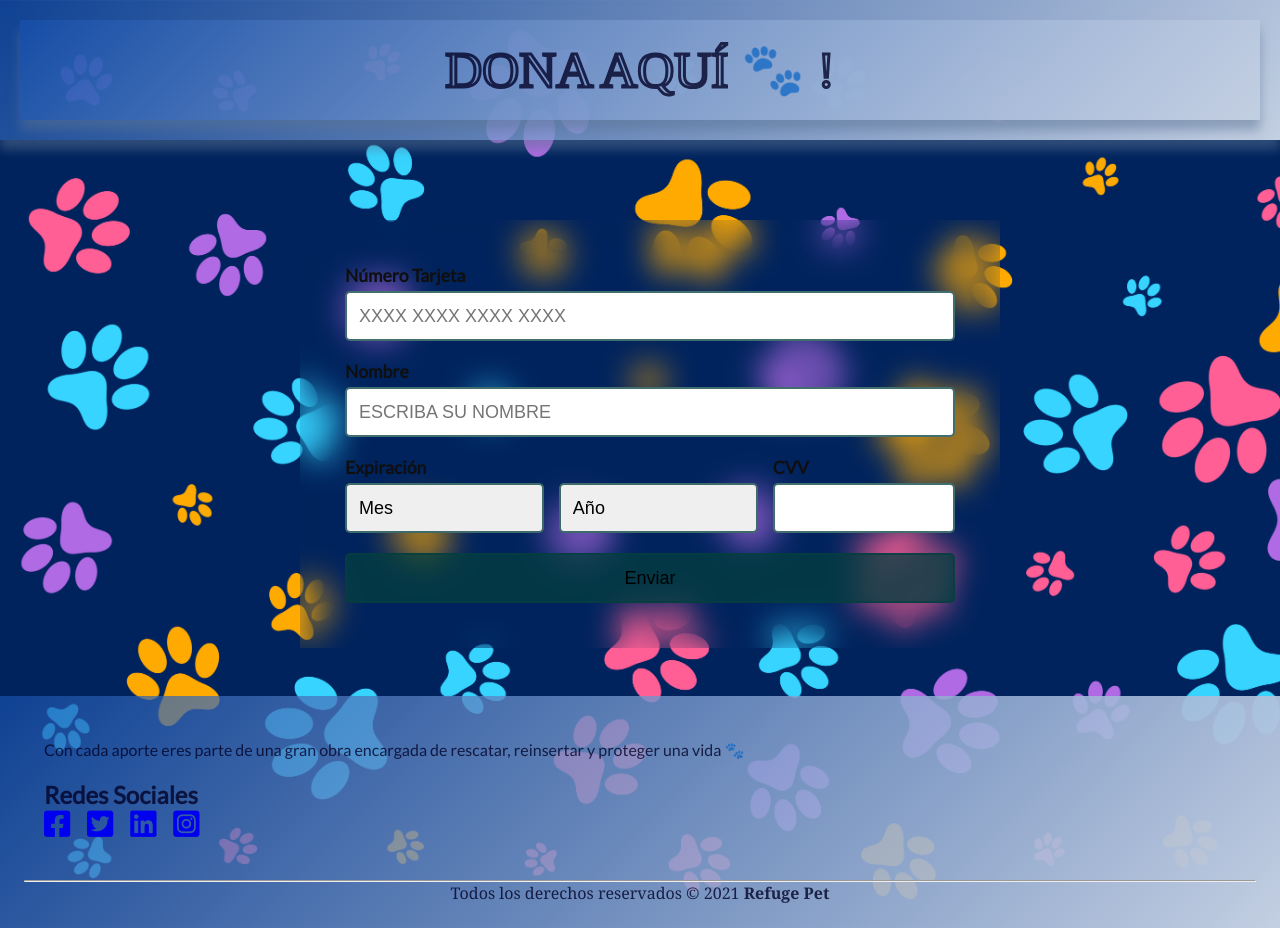
Repository: andreasvidal/SCL019-card-validation
Page: src/views/cardvalidation.html
The author's editor kept a copy of each file at every save. The page is drawn from the files as they stood at one save, then again after the next save.
The browser window is 1280 px wide. The pictures show the whole page.
Some web fonts or font styles are not loaded; a fallback is used. Some web libraries are served in a nearby version.

Above is the page before, as saved 2022-04-13 10:16:12.

### src/views/cardvalidation.html
<!DOCTYPE html>
<html lang="en">

<head>
    <meta charset="UTF-8" />
    <meta http-equiv="X-UA-Compatible" content="IE=edge" />
    <meta name="viewport" content="width=device-width, initial-scale=1.0" />
    <link rel="preconnect" href="https://fonts.googleapis.com" />
    <link rel="preconnect" href="https://fonts.gstatic.com" crossorigin />
    <link href="https://fonts.googleapis.com/css2?family=Lato:ital,wght@0,400;1,700&display=swap" rel="stylesheet" />
    <link rel="preconnect" href="https://fonts.googleapis.com" />
    <link rel="preconnect" href="https://fonts.gstatic.com" crossorigin />
    <link href="https://fonts.googleapis.com/css2?family=Hurricane&family=Lato:ital,wght@1,700&display=swap" rel="stylesheet" />
    <link rel="stylesheet" href="https://use.fontawesome.com/releases/v5.8.1/css/all.css" integrity="sha384-50oBUHEmvpQ+1lW4y57PTFmhCaXp0ML5d60M1M7uH2+nqUivzIebhndOJK28anvf" crossorigin="anonymous" />
    <link rel="stylesheet" href="../css/formstyle.css" />
    <link rel="stylesheet" href="../css/style.css" />
    <title>Formulario</title>
</head>

<!--contenido principal formulario-->

<body>
    <div class="subtitle">
        <p class="subtitle">DONA AQUÍ 🐾 !</p>
    </div>
    <form id="formValidation" class="form-validation">
        <div class="bg-blur">
            <div class="data-card" id="dataForm">
                <label for="inputNumber">Número Tarjeta</label>
                <input type="text" id="inputNumber" name="number" maxlength="16" autocomplete="off" pattern="[0-9]+" placeholder="XXXX XXXX XXXX XXXX" required />
                <h5 id="print"></h5>
            </div>
            <div class="data-card">
                <label for="inputNameUser">Nombre </label>
                <input type="text" id="inputNameUser" name="nameUser" placeholder="Escriba su nombre" required />
                <h5 id="print"></h5>
            </div>
            <!--datos expiración tarjeta-->
            <div class="flexbox">
                <div class="data-card expider-date">
                    <label for="monthSelect">Expiración</label>
                    <div class="flexbox">
                        <div class="data-card-select">
                            <select name="monthSelect" id="monthSelect" required>
                <option disabled selected>Mes</option>
                <option value="1">1</option>
                <option value="2">2</option>
                <option value="3">3</option>
                <option value="4">4</option>
                <option value="5">5</option>
                <option value="6">6</option>
                <option value="7">7</option>
                <option value="8">8</option>
                <option value="9">9</option>
                <option value="10">10</option>
                <option value="11">11</option>
                <option value="12">12</option>
              </select>
                        </div>
                        <div class="data-card-select">
                            <select name="yearSelect" id="yearSelect" required>
                <option disabled selected>Año</option>
                <option value="2">2014</option>
                <option value="5">2015</option>
                <option value="6">2016</option>
                <option value="7">2017</option>
                <option value="8">2018</option>
                <option value="9">2019</option>
                <option value="10">2020</option>
                <option value="11">2021</option>
                <option value="12">2022</option>
              </select>
                        </div>
                    </div>
                </div>
                <div class="data-card ccv">
                    <label for="inputCcv">CVV</label>
                    <input type="text" id="inputCcv" name="inputCcv" maxlength="3" required />
                </div>
            </div>
            <button type="submit" value="sendForm" class="btn-send" id="sendForm">
        Enviar
      </button>
        </div>
    </form>
    <footer>
        <div class="container__footer">
            <div class="box__footer">
                <div class="terms">
                    <p>
                        Con cada aporte eres parte de una gran obra encargada de rescatar, reinsertar y proteger una vida 🐾
                    </p>
                </div>
            </div>
            <div class="box__footer">
                <h2>Redes Sociales</h2>
                <a href="#"> <i class="fab fa-facebook-square"></i></a>
                <a href="#"><i class="fab fa-twitter-square"></i></a>
                <a href="#"><i class="fab fa-linkedin"></i></a>
                <a href="#"><i class="fab fa-instagram-square"></i></a>
            </div>
        </div>
        <div class="box__copyright">
            <hr />
            <p>Todos los derechos reservados © 2021 <b>Refuge Pet</b></p>
        </div>
    </footer>
    <!-- jQuery-->
    <script src="https://ajax.googleapis.com/ajax/libs/jquery/3.6.0/jquery.min.js"></script>
    <!--materialize -->
    <!--JS-->
    <script src="../js/index.js" type="module"></script>
</body>

</html>

### src/css/formstyle.css
* {
    padding: 0;
    margin: 0;
    box-sizing: border-box;
}

body {
    font-family: 'Lato', 'sans-serif';
    background-image: url(../assets/img/fondopatas.jpg);
    background-size: cover;
    background-repeat: no-repeat;
}


/*estilos formulario validacion*/

.form-validation {
    color: beige;
    width: 100%;
    max-width: 700px;
    margin-left: 300px;
    border-radius: 10px;
    position: relative;
    top: 80px;
    z-index: 1;
}

.bg-blur {
    backdrop-filter: blur(1rem);
    width: 100%;
    padding: 45px;
}

.form-validation label {
    display: block;
    color: rgb(15, 15, 15);
    margin-bottom: 5px;
    font-size: 1.1rem;
    font-weight: 700;
}

.form-validation input,
.form-validation select,
.btn-send {
    border: 2px solid rgba(4, 63, 63, 0.753);
    font-size: 18px;
    height: 50px;
    width: 100%;
    padding: 5px 12px;
    border-radius: 5px;
}

.form-validation input:hover,
.form-validation select:hover {
    border: 2px solid rgb(23, 24, 24);
}

.form-validation input:focus,
.form-validation select:focus {
    outline: rgb(173, 182, 182);
    box-shadow: 0 8px 8px 0 rgba(32, 38, 46, 0.3);
}

.form-validation input {
    margin-bottom: 20px;
    text-transform: uppercase;
}

.form-validation .flexbox {
    display: flex;
    justify-content: space-between;
}

.form-validation .expider-date {
    width: 100%;
}

.form-validation .ccv {
    min-width: 10px;
}

.form-validation .data-card-select {
    width: 100%;
    margin-right: 15px;
    position: relative;
}

.form-validation select {
    -webkit-appearance: none;
}


/*backgrond btn enviar*/

.btn-send {
    background: rgba(4, 63, 63, 0.753);
    ;
}

.btn-send:hover {
    background-color: rgba(94, 126, 136, 0.651);
    cursor: pointer;
}

#print {
    color: rgb(38, 41, 41);
    font-size: 16px;
}


/*footer*/

.terms {
    height: 30px;
    margin-bottom: 50px;
}

footer {
    width: 100%;
    padding: 1.5rem;
    margin-top: 10%;
    background-size: cover;
    background-image: linear-gradient(135deg, #1650adad 0%, #c3cfe2 100%);
    box-shadow: 0 10px 10px 0 rgba(90, 116, 148, 0.3);
    color: rgba(2, 3, 39, 0.8);
}

.box__footer {
    padding: 20px;
    height: 10px;
}

.fab {
    padding-right: 40px;
    width: 20px;
    height: 20px;
    font-size: 30px;
}

.box__copyright {
    padding-top: 5rem;
    text-align: center;
    font-family: Georgia, 'Times New Roman', Times, serif;
    font-size: 1rem;
}

### src/css/style.css
     * {
         padding: 0;
         margin: 0;
         box-sizing: border-box;
     }

     body {
         font-family: 'Lato', 'sans-serif';
         background-image: url(../assets/img/fondopatas.jpg);
     }
     /*estilo titulo*/

     .title-h1 {
         font-family: 'Raleway', sans-serif;
         text-decoration: underline overline wavy rgba(183, 0, 255, 0.514);
         padding: 40px 100px;
         color: rgb(74, 80, 80);
         display: flex;
         flex-direction: column;
         align-items: center;
         box-shadow: 0 10px 10px 0 rgba(90, 116, 148, 0.3);
         background-image: linear-gradient(135deg, #f5f7fa 0%, #c3cfe2 100%);
         font-size: 8vw;
     }

     .subtitle {
         font-family: 'Shadows Into Light', cursive;
         text-align: center;
         padding: 20px 20px;
         color: rgb(74, 80, 80);
         font-size: 4vw;
         -webkit-text-fill-color: transparent;
         -webkit-text-stroke: 3px rgba(2, 3, 39, 0.8);
         background-image: linear-gradient(135deg, #1650adad 0%, #c3cfe2 100%);
         box-shadow: 0 10px 10px 0 rgba(90, 116, 148, 0.5);
     }

     .img-banner {
         display: flex;
         height: 500px;
         z-index: -1;
         flex-direction: row;
         margin-left: 50px;
         align-items: center;
         margin-bottom: -50px;
         border-radius: 15px;
     }
     /*contenedor tarjeta*/

     .container {
         width: 90%;
         max-width: 1000px;
         padding: 20px 60px;
         margin: auto;
         display: flex;
         /* deja los elementos en forma de columna*/
         flex-direction: column;
         /*align-items no sirve para centrar de forma vertical (se utiliza justify), se utiliza al cambiar la dirección con flex-direction*/
         align-items: center;
     }
     /*estilo tarjeta*/

     .card {
         padding-top: 30px;
         width: 100%;
         max-width: 550px;
         position: relative;
         color: rgb(37, 36, 36);
         cursor: pointer;
     }

     .card>div {
         padding: 30px;
         border-radius: 15px;
         min-height: 315px;
         display: flex;
         flex-direction: column;
         justify-content: space-between;
         box-shadow: 0 10px 10px 0 rgba(90, 116, 148, 0.822);
     }

     .style-card {
         width: 100%;
         background: url(../assets/img/background-card/bg-img-2.jpg);
         background-size: cover;
     }
     /*para mantener el espeacio de la imagen logo (contenedor vacio)*/

     .style-card .logo-card {
         text-align: right;
         min-height: 50px;
     }

     .style-card .logo-card img {
         width: 100%;
         height: 100%;
         object-fit: cover;
         max-width: 80px;
     }

     .style-card .chip-card {
         width: 100%;
         max-width: 50px;
         margin-bottom: 20px;
     }

     .style-card .form-group .card-label {
         font-size: 16px;
         color: rgb(115, 131, 131);
         margin-bottom: 5px;
     }

     .style-card .card-group .number-card,
     .style-card .card-group .name-card,
     .style-card .card-group .expider {
         /*color: rgb(74, 80, 80);*/
         font-size: 22px;
         text-transform: uppercase;
     }

     .style-card .flexbox {
         display: flex;
         justify-content: space-between;
         margin-top: 20px;
     }
     /*btn abrir formulario*/

     .btn-open {
         color: rgb(195, 214, 214);
         box-shadow: 0 10px 10px 0 rgba(90, 116, 148, 0.3);
         background: rgba(183, 0, 255, 0.514);
         width: 50px;
         height: 50px;
         margin-top: -10px;
         border-radius: 100%;
         z-index: 2;
     }

     .btn-open:hover {
         opacity: 0.50;
         -moz-opacity: .50;
         filter: alpha (opacity=50);
     }

     .btn-open {
         text-decoration: none;
         padding-top: 15px;
         text-align: center;
     }

### src/js/index.js
/*import validator from '../js/validator.js';

//Llamando al DOM

const btnForm = document.getElementById("sendForm");
const form = document.getElementById("#formValidation");
btnForm.addEventListener('click', function(e) {
    e.preventDefault();
    let creditCardNumber = document.getElementById('inputNumber').value;
    let maskified = validator.maskify(creditCardNumber);
    if (creditCardNumber === "") {
        return document.getElementById("print").innerHTML = "Reingrese su número de tarjeta sin espacios ni carácteres especiales";
    } else {
        return document.getElementById("print").innerHTML = "Tu tarjeta N° " + maskified + " es válida";
    }
})


// inputName solo letras, inputCcv y inputNumber  solo numeros
let inputNumber = document.getElementById('inputNumber');
let inputName = document.getElementById('inputNameUser');
let inputCcv = document.getElementById('inputCcv');

const onlyNum = /[^0-9]/g;
const onlypLet = /[^a-zA-ZÑñáéíóúÁÉÍÓÚ\s]*$/g;
inputNumber.addEventListener('input', function() {
    inputNumber.value = inputNumber.value.replace(onlyNum, '');
});
inputName.addEventListener('input', function() {
    inputName.value = inputName.value.replace(onlypLet, '');
});
inputCcv.addEventListener('input', function() {
    inputCcv.value = inputCcv.value.replace(onlyNum, '');
});

// mes y años
for (let i = 1; i <= 12; i++) {
    let optionDate = document.createElement('option');
    optionDate.value = i;
    optionDate.innerText = i;
    form.monthSelect.appendChild(optionDate);
}

// * Select del año generado dinamicamente.
const yearActual = new Date().getFullYear();
for (let i = yearActual; i <= yearActual + 8; i++) {
    let optionDate = document.createElement('option');
    optionDate.value = i;
    optionDate.innerText = i;
    optionDate.selectYear.appendChild(optionDate);
}*/

After the next save:
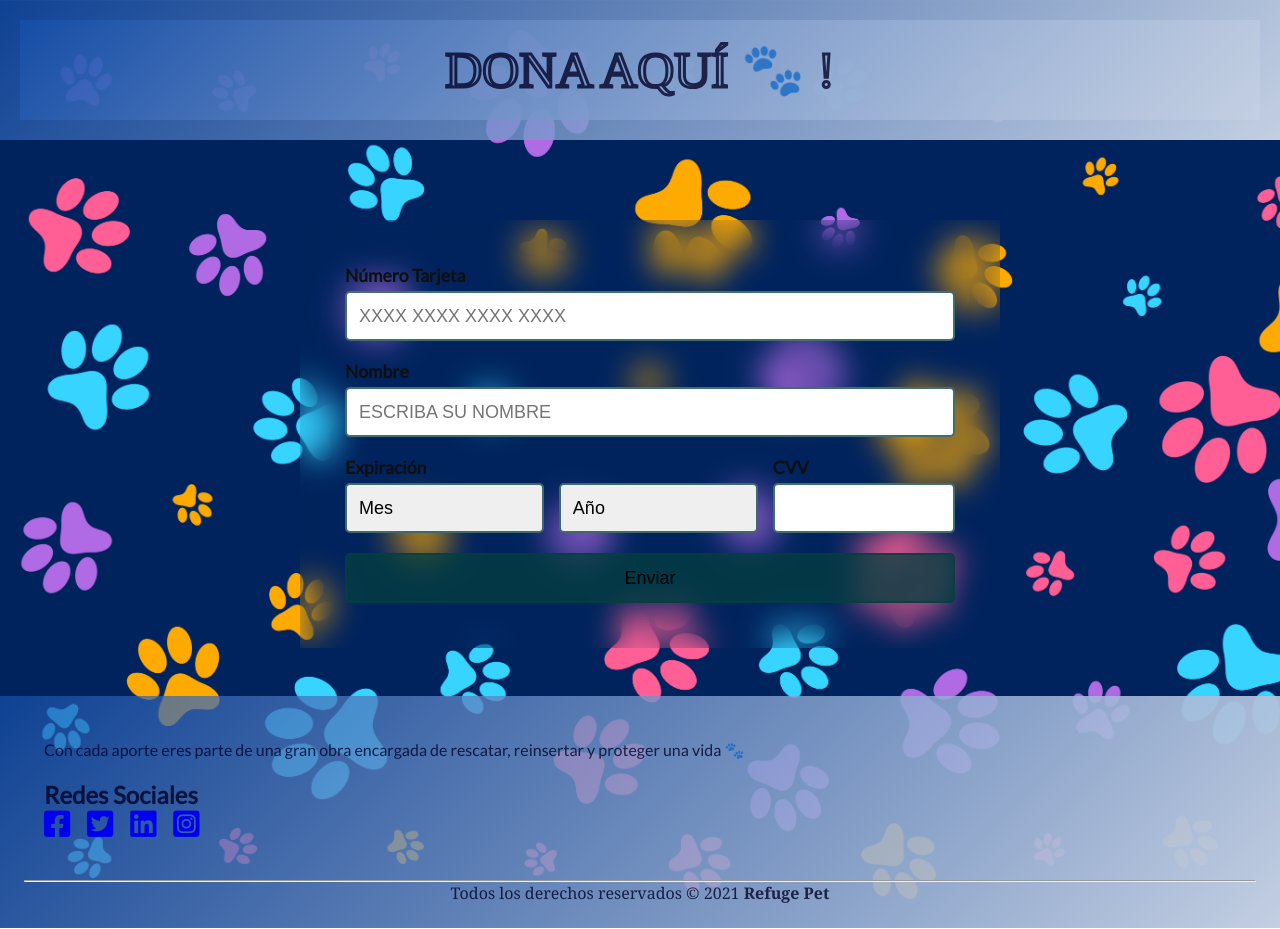
Saved 25 s later.
--- a/src/css/style.css
+++ b/src/css/style.css
@@ -32,7 +32,6 @@
          -webkit-text-fill-color: transparent;
          -webkit-text-stroke: 3px rgba(2, 3, 39, 0.8);
          background-image: linear-gradient(135deg, #1650adad 0%, #c3cfe2 100%);
-         box-shadow: 0 10px 10px 0 rgba(90, 116, 148, 0.5);
      }
 
      .img-banner {
